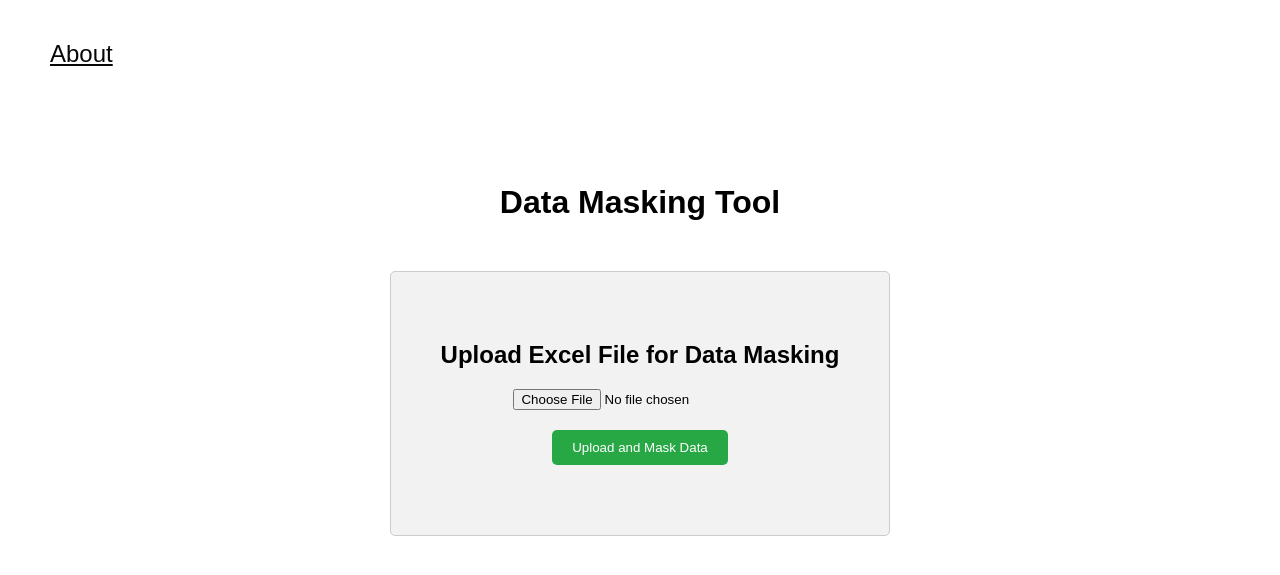
Repository: prithika12/DataMasking_Tool
Page: index.html
The author's editor kept a copy of each file at every save. The page is drawn from the files as they stood at one save, then again after the next save.
The browser window is 1280 px wide. The pictures show the whole page.

Above is the page before, as saved 2024-07-09 11:52:47.

After the next save:
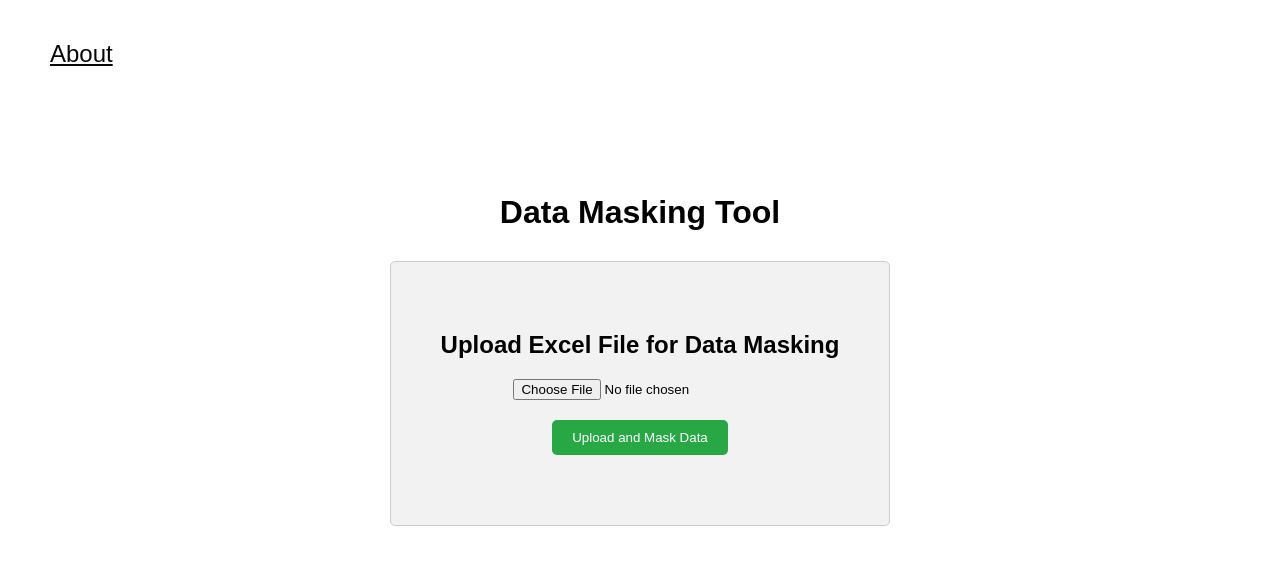
Saved 47 s later.
--- a/index.html
+++ b/index.html
@@ -24,7 +24,7 @@
         h1 {
             text-align: center; /* Center text */
             margin-top: 0; /* Remove default margin */
-            margin-bottom: 50px;
+            margin-bottom: 30px;
         }
         h2 {
             text-align: center;
